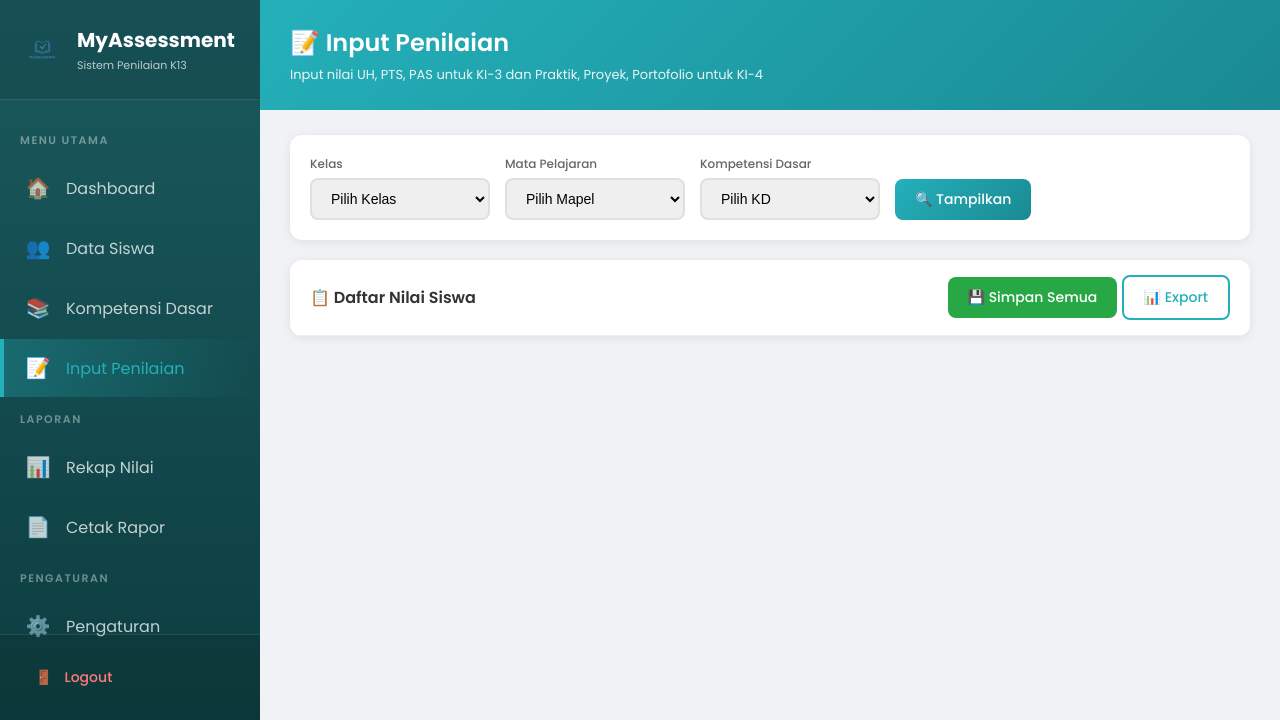
Repository: Ws529/MyAssassment_Final
Page: MyAssessment/wwwroot/penilaian.html
The author's editor kept a copy of each file at every save. The page is drawn from the files as they stood at one save, then again after the next save.
The browser window is 1280 px wide. The pictures show the whole page.
The page's requests for data from a server got no answer.

Above is the page before, as saved 2026-01-01 16:19:07.

After the next save:
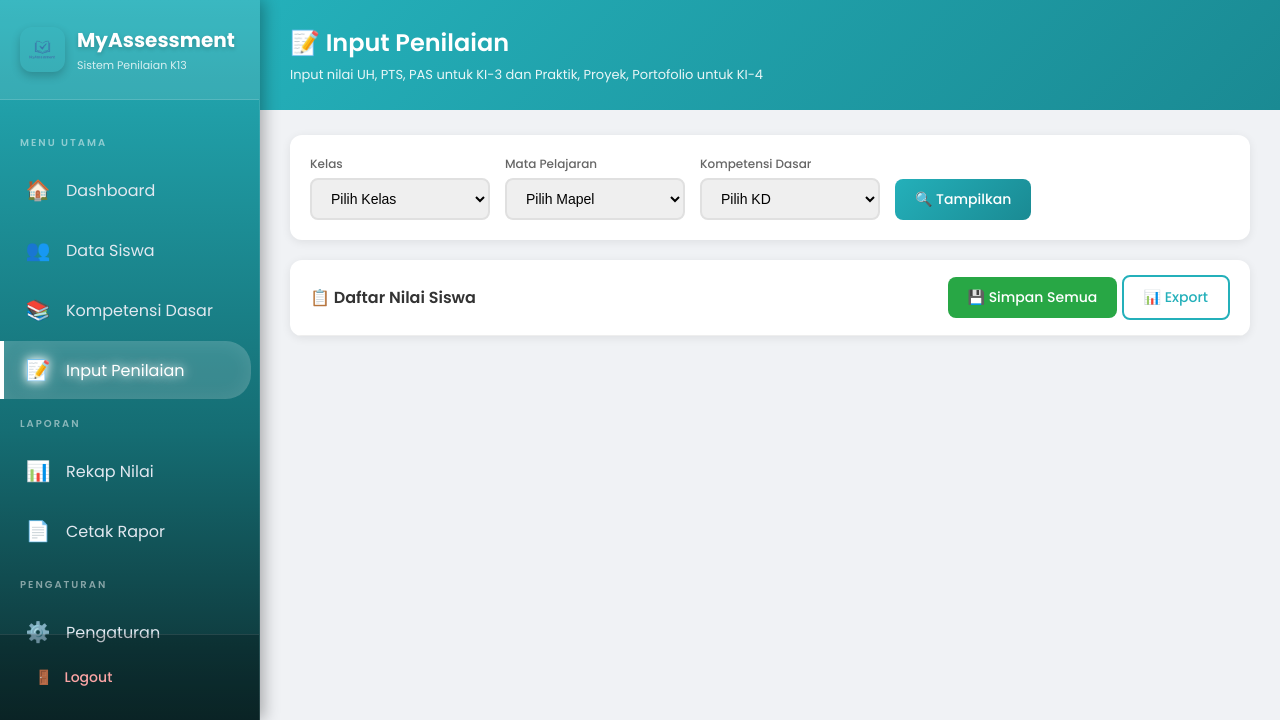
Saved 20 s later.
--- a/MyAssessment/wwwroot/penilaian.html
+++ b/MyAssessment/wwwroot/penilaian.html
@@ -10,21 +10,21 @@
         body { font-family: 'Poppins', sans-serif; background: #f0f2f5; }
         .app-container { display: flex; min-height: 100vh; }
 
-        /* Sidebar - Teal Theme */
-        .sidebar { width: 260px; background: linear-gradient(180deg, #1a5a5e 0%, #0d3d40 100%); color: white; position: fixed; height: 100vh; overflow-y: auto; z-index: 100; }
-        .sidebar-header { padding: 25px 20px; display: flex; align-items: center; gap: 12px; border-bottom: 1px solid rgba(255,255,255,0.1); background: rgba(0,0,0,0.1); }
-        .sidebar-header img { width: 45px; height: 45px; border-radius: 10px; }
-        .sidebar-header h2 { font-size: 20px; font-weight: 700; }
-        .sidebar-header span { font-size: 11px; opacity: 0.7; display: block; margin-top: 2px; }
+        /* Sidebar - Deep Ocean Drive Theme */
+        .sidebar { width: 260px; background: linear-gradient(180deg, #24b0ba 0%, #156d73 60%, #0d2c2e 100%); color: #e2e8f0; position: fixed; height: 100vh; overflow-y: auto; z-index: 100; border-right: 1px solid rgba(255, 255, 255, 0.1); box-shadow: 4px 0 15px rgba(0, 0, 0, 0.3); }
+        .sidebar-header { padding: 25px 20px; display: flex; align-items: center; gap: 12px; border-bottom: 1px solid rgba(255,255,255,0.15); background: rgba(255,255,255,0.1); }
+        .sidebar-header img { width: 45px; height: 45px; border-radius: 12px; box-shadow: 0 4px 10px rgba(0,0,0,0.2); }
+        .sidebar-header h2 { font-size: 20px; font-weight: 700; color: #fff; text-shadow: 0 2px 4px rgba(0,0,0,0.2); }
+        .sidebar-header span { font-size: 11px; color: rgba(255,255,255,0.8); display: block; margin-top: 2px; }
         .sidebar-menu { padding: 20px 0; }
-        .menu-label { padding: 12px 20px 8px; font-size: 11px; text-transform: uppercase; color: rgba(255,255,255,0.4); letter-spacing: 1.5px; font-weight: 600; }
-        .menu-item { display: flex; align-items: center; gap: 14px; padding: 14px 20px; color: rgba(255,255,255,0.75); text-decoration: none; transition: all 0.3s; border-left: 4px solid transparent; margin: 2px 0; }
-        .menu-item:hover { background: rgba(36, 176, 186, 0.15); color: white; border-left-color: rgba(36, 176, 186, 0.5); }
-        .menu-item.active { background: linear-gradient(90deg, rgba(36, 176, 186, 0.3) 0%, transparent 100%); border-left-color: #24b0ba; color: #24b0ba; }
+        .menu-label { padding: 15px 20px 8px; font-size: 10px; text-transform: uppercase; color: rgba(255,255,255,0.5); letter-spacing: 2px; font-weight: 600; }
+        .menu-item { display: flex; align-items: center; gap: 14px; padding: 14px 20px; color: #e2e8f0; text-decoration: none; transition: all 0.3s ease; border-left: 4px solid transparent; margin: 2px 8px 2px 0; border-radius: 0 25px 25px 0; }
+        .menu-item:hover { background: rgba(255, 255, 255, 0.1); color: #ffffff; border-left-color: rgba(255, 255, 255, 0.5); }
+        .menu-item.active { background: rgba(255, 255, 255, 0.15); border-left-color: #ffffff; color: #ffffff; text-shadow: 0 0 10px #ffffff, 0 0 20px rgba(255,255,255,0.5); box-shadow: inset 0 0 20px rgba(255,255,255,0.1); }
         .menu-item .icon { font-size: 20px; width: 28px; text-align: center; }
-        .sidebar-footer { position: absolute; bottom: 0; width: 100%; padding: 20px; border-top: 1px solid rgba(255,255,255,0.1); background: rgba(0,0,0,0.1); }
-        .logout-btn { display: flex; align-items: center; gap: 12px; color: #ff7b7b; text-decoration: none; font-size: 14px; font-weight: 500; padding: 12px 15px; border-radius: 10px; }
-        .logout-btn:hover { background: rgba(255,107,107,0.15); }
+        .sidebar-footer { position: absolute; bottom: 0; width: 100%; padding: 20px; border-top: 1px solid rgba(255,255,255,0.1); background: rgba(0,0,0,0.2); }
+        .logout-btn { display: flex; align-items: center; gap: 12px; color: #fca5a5; text-decoration: none; font-size: 14px; font-weight: 500; padding: 12px 15px; border-radius: 10px; transition: all 0.3s ease; }
+        .logout-btn:hover { background: rgba(255,100,100,0.2); color: #ff8a8a; text-shadow: 0 0 10px rgba(255,100,100,0.5); }
 
         /* Main Content */
         .main-content { flex: 1; margin-left: 260px; min-height: 100vh; }
